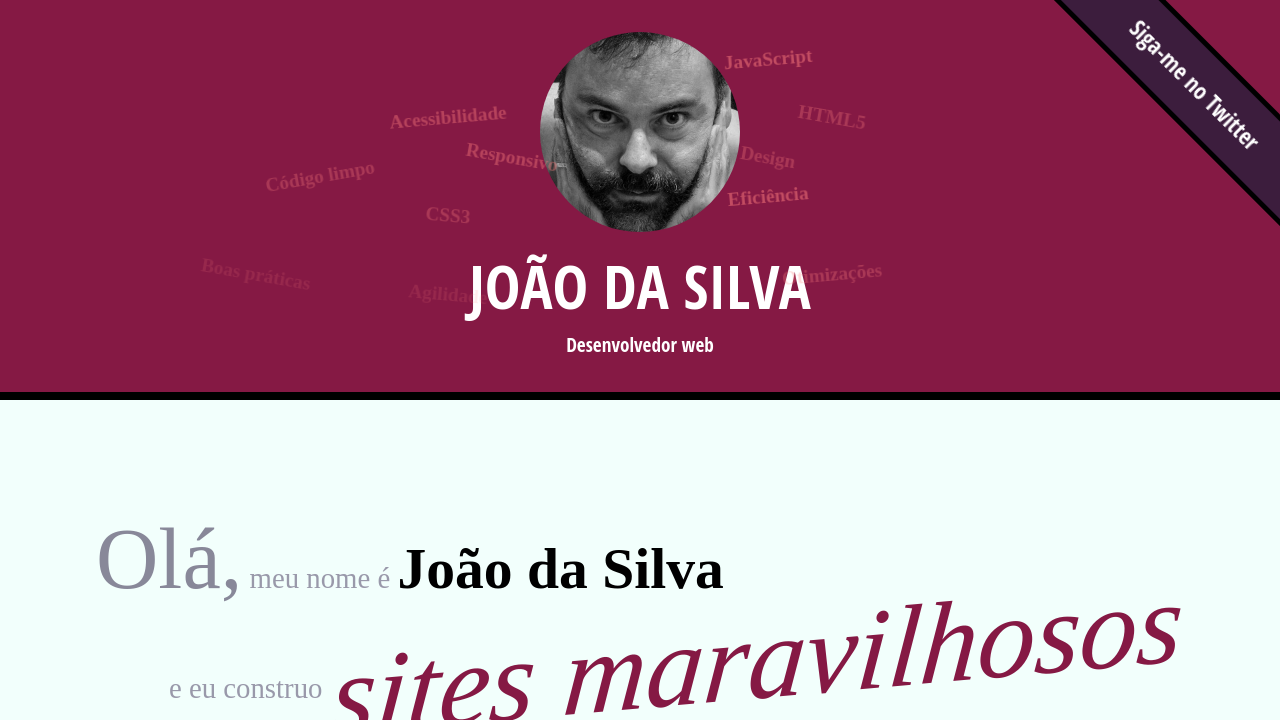
Repository: MichelMiola/html5Css3Avancado
Page: projeto/index.html
The author's editor kept a copy of each file at every save. The page is drawn from the files as they stood at one save, then again after the next save.
The browser window is 1280 px wide. The pictures show the whole page.
An inner scrolling area shows only its first screen. Some web fonts or font styles are not loaded; a fallback is used.

Above is the page before, as saved 2015-03-25 16:29:25.

### projeto/index.html
<!DOCTYPE html>
<html lang="pt">
<head>
    <meta charset="UTF-8">
    <title>João da Silva - Desenvolvedor Web</title>
    <link rel="shortcut icon" href="imagens/favicon.png">
    <link rel="stylesheet" href="css/reset.css">
    <link rel="stylesheet" href="css/site.css">
    <link rel="stylesheet" href="css/index.css">
    <link rel="stylesheet" href="http://fonts.googleapis.com/css?family=Crimson+Text:400,400italic,600">
    <link rel="stylesheet" href="http://fonts.googleapis.com/css?family=Open+Sans+Condensed:700">
    <link rel="stylesheet" href="http://fonts.googleapis.com/css?family=Shadows+Into+Light">
    <link rel="stylesheet" href="http://fonts.googleapis.com/css?family=Shadows+Into+Light">
</head>
<body>
    <header class="titulo-principal">
        <img class="foto-home" src="imagens/eu.jpg" alt="Foto de João da Silva">
        <h1>João da Silva</h1>
        <p class="subtitulo-principal">Desenvolvedor web</p>
        <ul>

		    <li class="palavra-home eficiencia">Eficiência</li>
		    <li class="palavra-home boas-praticas">Boas práticas</li>
		    <li class="palavra-home codigo-limpo">Código limpo</li>
		    <li class="palavra-home css3">CSS3</li>
		    <li class="palavra-home html5">HTML5</li>
		    <li class="palavra-home javascript">JavaScript</li>
		    <li class="palavra-home acessibilidade">Acessibilidade</li>
		    <li class="palavra-home responsivo">Responsivo</li>
		    <li class="palavra-home otimizacoes">Otimizações</li>
		    <li class="palavra-home agilidade">Agilidade</li>
		    <li class="palavra-home design">Design</li>

		</ul>
		<a class="banner-twitter" href="http://twitter.com/joaodasilva">Siga-me no Twitter</a>
    </header>
    <main>
        <section class="secao-inicio saudacao">
            <p class="saudacao"><span class="saudacao-inicio">Olá,</span> meu nome é <strong>João da Silva</strong> <span class="saudacao-ultima-linha">e eu construo <em>sites maravilhosos</em></span></p>
            <a class="botao-index" href="bio.html">Conheça mais um pouco sobre mim</a>
        </section>
        <section class="secao-inicio trabalhos">
            <h2>Trabalhos</h2>
            <ul>
                <li><img src="imagens/bmw.png" alt="Site da BMW"></li>
                <li><img src="imagens/ibm.png" alt="Site da IBM"></li>
                <li><img src="imagens/uol.png" alt="Site da UOL"></li>
            </ul>
            <a class="botao-index" href="portfolio.html">Veja mais</a>
        </section>
          <section class="secao-inicio blog">
            <h2>Blog</h2>
            <small>Últimos posts</small>
            <ol>
                <li class="mais-recente">
                    <a href="blog.html">O essencial de design responsivo</a>
                    <p class="inicio-post">
                        Design responsivo tem ganho cada vez mais atenção como técnica de desenvolvimento de páginas web para dispositivos móveis. Mas como começar?
                    </p>
                </li>
                <li>
                    <a href="blog.html">Por que fazer páginas acessíveis?</a>
                    <p class="inicio-post">
                        Tem se falado cada vez sobre acessibilidade na web. Há diversas técnicas e diretivas a serem seguidas, inclusive da própria W3C. Mas vale a pena investir nisso?
                    </p>
                </li>
                <li>
                    <a href="blog.html">JavaScript não obstrusivo</a>
                    <p class="inicio-post">
                        JavaScript é uma linguagem essencial hoje em dia para criar páginas ricas, interativas e dinâmicas. Porém, há alguns cuidados que devem ser tomados ao colocarmos código JavaScript em nossas páginas.
                    </p>
                </li>
            </ol>
            <a class="botao-index" href="blog.html">Veja mais</a>
        </section>
    </main>
    <footer>
        <h2>Vamos conversar?</h2>
        <p>Você pode entrar em contato comigo <a href="contato.html">por e-mail</a> ou pelo telefone <a href="tel:+551234567890">(12) 3456-7890</a></p>
    </footer>
</body>
</html>

### projeto/css/site.css
body {
	font-family: "Crimson Text", "Times New Roman", serif;
	background-color: #F2FFFC;
	font-size: 120%;
	line-height: 1.5;
	display: flex;
  	flex-wrap: wrap;
  	display: block;
}

h1, h2, .subtitulo-principal {
	font-family: "Open Sans Condensed", "Arial", sans-serif;
}

h1 {
	text-transform: uppercase;
	font-size: 60px;
}

.titulo-principal {
	text-align: center;
	background-color: #851944;
	color: #FFF;
	padding: 2rem;
	border-bottom: .5rem solid #000;
}

.subtitulo-texto {
	font-size: 30px;
	clear: both;
}

main a {
	color: #851944;
}

main p {
	text-align: justify;
	margin: 20px 0;
}

.navegacao-site {
	text-align: center;
	background-color: #3C1D3D;
	color: #F2FFFC;
	padding: 20px;
	padding-top: calc(300px + 1em);
}

.navegacao-site a {
	color: inherit;
	font-family: "Open Sans Condensed", "Arial", sans-serif;
	text-transform: lowercase;
}

.navegacao-site h1 {
	font-size: 30px;
	margin-bottom: 25px;
}

.rodape-pagina {
	/* background-color: #000; */
	color: #F2FFFC;
	padding: 20px;
	clear: both;
	position: fixed;
	bottom: 0;
	left: 0;
	width: 100%;
	box-sizing: border-box;
	/* background-color: rgba(0, 0, 0, 0.3); */
	background-image: radial-gradient(ellipse at left bottom, rgba(60, 29, 61, 0.8),
		rgba(60, 29, 61, 0.8) 65%, black 65%, black 70%, transparent 70%,
		transparent);
	background-size: 25% 100%;
	background-repeat: no-repeat;
}

.container {
	width: 720px;
	margin-left: auto;
	margin-right: auto;
	padding: 30px 0;
}

strong {
	font-weight: bold;
}

em {
	font-style: italic;
}

.icones-redes-sociais li {
	display: inline-block;
}

.icones-redes-sociais a {
	width: 40px;
	height: 40px;
	display: block;
	text-indent: -99999px;
}

.github {
	background-image: url(../imagens/github.png);
}

.twitter {
	background-image: url(../imagens/twitter.png);
}

.linkedin {
	background-image: url(../imagens/linkedin.png);
}

main {
	/* width: 80%; */
	/* float: left; */
	padding-bottom: 80px;
	width: calc(100% - 0.9 * 300px);
	flex-grow: 1;
}

.minha-foto, .navegacao-site {
	border-left: 10px solid black;
	border-bottom: 10px solid black;
	box-sizing: border-box;
}

.navegacao-site {
	width: 20%;
	float: right;
	position: relative;
	top: 300px;
	width: calc(0.9 * 300px);
}

.minha-foto {
	position: absolute;
	top: 0;
	right: 0;
	height: 300px;
}

.leia-mais {
	padding: .5em;
	margin: 1em;
	display: block;
	font-size: 1.25em;
	text-align: center;
	background-color: #E6E7E8;
}

.citacao-bio {
	background-color: #D9E5E3;
	border: .5em solid #C2CCCA;
	padding: 1em;
	margin: 1em 2em;
	width: 30ch;
	box-sizing: border-box;
}

main a:hover,
main a:focus,
footer a:hover,
footer a:focus {
  color: red;
}

.navegacao-site a:hover,
.navegacao-site a:focus {
  text-shadow: 0 0 2px pink;
}

.icones-redes-sociais a:hover::after,
.icones-redes-sociais a:focus::after {
  content: attr(data-tooltip);
}

.icones-redes-sociais a {
  position: relative;
}
.icones-redes-sociais a:hover::after,
.icones-redes-sociais a:focus::after {
  content: attr(data-tooltip);
  position: absolute;
  top: 100%;
  right: 0;
  text-indent: 0;
}

.icones-redes-sociais a {
  position: relative;
}
.icones-redes-sociais a:hover::after,
.icones-redes-sociais a:focus::after {
  content: attr(data-tooltip);
  position: absolute;
  top: 100%;
  right: 0;
  text-indent: 0;
  width: 300%;
}

.icones-redes-sociais a {
  position: relative;
}

.icones-redes-sociais a:hover::before,
.icones-redes-sociais a:focus::before {
  content: '';
}

.icones-redes-sociais a:hover::before,
.icones-redes-sociais a:focus::before {
  content: '';
  width: 1em;
  height: 1em;
  background-color: black;
}

.icones-redes-sociais a:hover::before,
.icones-redes-sociais a:focus::before {
  content: '';
  width: 1em;
  height: 1em;
  background-color: black;
  position: absolute;
  bottom: 0;
  left: 0;
}

.icones-redes-sociais a:hover::before,
.icones-redes-sociais a:focus::before {
    content: '';
    width: 1em;
    height: 1em;
    background-color: black;
    position: absolute;
    bottom: 0;
    left: 0;
    transform: translateY(.5em) rotate(45deg);
}

.icones-redes-sociais a:hover::after,
.icones-redes-sociais a:focus::after {
  content: attr(data-tooltip);
  position: absolute;
  top: 100%;
  right: 0;
  text-indent: 0;
  width: 300%;
  background: black;
  font-size: .75em;
}

### projeto/css/index.css
.foto-home {
	height: 200px;
	border-radius: 50%;
}

.saudacao p {
	font-size: 1.5em;
	color: #99A;
	line-height: 1;
	padding: 2em;
}

.saudacao-inicio {
	font-size: 3em;
	color: #889;
}

.saudacao-ultima-linha {
	text-align: right;
	display: block;
}

.saudacao strong {
	font-size: 2em;
	color: #000;
}

.saudacao em {
	color: #851944;
	font-size: 4em;
	-webkit-transform: rotate(-5deg) skew(-10deg);
	transform: rotate(-5deg) skew(-10deg);
	display: inline-block;
	-webkit-animation: flutua 1s infinite;
	-webkit-animation-direction: alternate;
	-webkit-animation-timing-function: ease-in-out;
	position: relative;
}

.botao-index {
	font-size: 1.25em;
	background-color: #851944;
	color: #FFF;
	padding: .5em;
	border: .2em solid black;
	width: 40ch;
	margin: 2em auto;
	display: block;
	text-align: center;
}

.botao-index:focus, .botao-index:hover {
	background-color: #C54974;
	color: white;
	box-shadow: 0 0 1em #FA9;
}

.botao-index {
	text-decoration: none;
	transition: .5s;
}

.secao-inicio {
	padding: 2em;
}

.secao-inicio h2 {
	font-size: 3em;
	text-transform: uppercase;
	margin-bottom: .5em;
	text-shadow: 2px 2px #000;
}

.trabalhos {
	background-color: #3C1D3D;
	border-top: .5em solid #000;
	border-bottom: .5em solid #000;
	background-image: linear-gradient(135deg, transparent, transparent 14px, rgba(0, 0, 0, .1)
		14px, rgba(0, 0, 0, .1) 15px, transparent 15px, transparent);
	background-size: 20px 20px;
	background-attachment: fixed;
}

.trabalhos h2 {
	color: #FFF;
}

.trabalhos ul {
	overflow: hidden;
	border: .5em solid black;
}

.trabalhos li {
	float: left;
	width: 33.333%;
}

.trabalhos img {
	width: 100%;
	display: block;
}

.blog {
	background-color: #999;
	position: relative;
	background-image: linear-gradient(45deg, transparent, transparent 14px, rgba(255, 255, 255
		, .1) 14px, rgba(255, 255, 255, .1) 15px, transparent 15px,
		transparent);
	background-size: 20px 20px;
	background-attachment: fixed;
	color: #FFF;
	border-bottom: .5em solid #851944;
}

.blog small {
	position: relative;
	top: -2em;
}

.blog li {
	width: 30%;
}

.blog li a {
	color: #FCF;
	padding: .5em;
	display: block;
}

footer {
	background-color: #000;
	color: #FFF;
	padding: 2em;
}

footer h2 {
	font-size: 3em;
}

footer a {
	color: #F99;
}

main {
	width: 100%;
	padding-bottom: 0;
	float: none;
}

html, body {
	overflow-x: hidden;
	height: 100%;
}

body {
	-webkit-perspective: 6px;
	perspective: 6px;
	-webkit-perspective-origin: 50% 160px;
	perspective-origin: 50% 160px;
}

.palavras-home {
	-webkit-transform-style: preserve-3d;
	transform-style: preserve-3d;
	position: absolute;
	bottom: 0;
	right: 0;
	top: 0;
	left: 0;
}

.palavra-home {
	font-family: "Shadows Into Light", cursive;
	font-weight: bold;
	font-size: 400%;
	color: rgba(255, 127, 127, .5);
	position: absolute;
	-webkit-animation: aparece 2s;
	animation: aparece 2s;
}

@
-webkit-keyframes aparece {
	/* podemos usar a palavra-chave "from" também no lugar de 0% */ 0% {
	opacity: 0;
	transform: scale(0.001);
}

}
.eficiencia {
	top: 50%;
	left: 60%;
	-webkit-transform: translate(-50%, -50%) translateZ(4px) rotate(-5deg)
		scale(.25);
	transform: translate(-50%, -50%) translateZ(4px) rotate(-5deg)
		scale(.25);
}

.boas-praticas {
	top: 70%;
	left: 20%;
	-webkit-transform: translate(-50%, -50%) translateZ(1px) rotate(10deg)
		scale(.25);
	transform: translate(-50%, -50%) translateZ(1px) rotate(10deg)
		scale(.25);
	opacity: .3;
}

.codigo-limpo {
	top: 45%;
	left: 25%;
	-webkit-transform: translate(-50%, -50%) translateZ(2px) rotate(-10deg)
		scale(.25);
	transform: translate(-50%, -50%) translateZ(2px) rotate(-10deg)
		scale(.25);
	opacity: .6;
}

.css3 {
	top: 55%;
	left: 35%;
	-webkit-transform: translate(-50%, -50%) translateZ(2px) rotate(5deg)
		scale(.25);
	transform: translate(-50%, -50%) translateZ(2px) rotate(5deg) scale(.25);
	opacity: .6;
}

.html5 {
	top: 30%;
	left: 65%;
	-webkit-transform: translate(-50%, -50%) translateZ(2px) rotate(10deg)
		scale(.25);
	transform: translate(-50%, -50%) translateZ(2px) rotate(10deg)
		scale(.25);
	opacity: .6;
}

.javascript {
	top: 15%;
	left: 60%;
	-webkit-transform: translate(-50%, -50%) translateZ(1px) rotate(-5deg)
		scale(.25);
	transform: translate(-50%, -50%) translateZ(1px) rotate(-5deg)
		scale(.25);
}

.acessibilidade {
	top: 30%;
	left: 35%;
	-webkit-transform: translate(-50%, -50%) translateZ(3px) rotate(-5deg)
		scale(.25);
	transform: translate(-50%, -50%) translateZ(3px) rotate(-5deg)
		scale(.25);
	opacity: .8;
}

.responsivo {
	top: 40%;
	left: 40%;
	-webkit-transform: translate(-50%, -50%) translateZ(3px) rotate(10deg)
		scale(.25);
	transform: translate(-50%, -50%) translateZ(3px) rotate(10deg)
		scale(.25);
	opacity: .8;
}

.otimizacoes {
	top: 70%;
	left: 65%;
	-webkit-transform: translate(-50%, -50%) translateZ(2px) rotate(-5deg)
		scale(.25);
	transform: translate(-50%, -50%) translateZ(2px) rotate(-5deg)
		scale(.25);
	opacity: .6;
}

.agilidade {
	top: 75%;
	left: 35%;
	-webkit-transform: translate(-50%, -50%) translateZ(1px) rotate(5deg)
		scale(.25);
	transform: translate(-50%, -50%) translateZ(1px) rotate(5deg) scale(.25);
	opacity: .3;
}

.design {
	top: 40%;
	left: 60%;
	-webkit-transform: translate(-50%, -50%) translateZ(2px) rotate(10deg)
		scale(.25);
	transform: translate(calc(.707 * ( 3.5em - 100%)+ 100%),
		calc(-.707 * 3.5em)) rotate(45deg);
	opacity: .6;
}

.titulo-principal {
	-webkit-transform-style: preserve-3d;
	transform-style: preserve-3d;
	position: relative;
}

.banner-twitter {
	position: absolute;
	top: 0;
	right: 0;
	line-height: 1;
	/* largura = 14em */
	/* altura = 3.5em */
	/* tx = .707 * h - .707 * w + w */
	/* ty = -.707 * h */
	-webkit-transform: translate(6.5765em, -2.4745em) rotate(45deg);
	transform: translate(6.5765em, -2.4745em) rotate(45deg);
	-webkit-transform-origin: 0 0;
	transform-origin: 0 0;
	width: 14em;
	padding: 1em 0;
	box-sizing: border-box;
	text-align: center;
	text-decoration: none;
	background-color: #3C1D3D;
	color: white;
	border: .25em solid black;
	font-size: 1.2em;
	font-family: "Open Sans Condensed", sans-serif;
	-webkit-animation: aparece 0.5s;
	-webkit-animation-delay: 2s;
	-webkit-animation-fill-mode: both;
}

.blog .inicio-post {
	position: absolute;
	top: 4em;
	height: 8em;
	left: 30%;
	right: 4em;
	background-color: #F2FFFC;
	color: #000;
	padding: 1.5em;
	display: none;
}

.blog a:hover+.inicio-post, .blog a:focus+.inicio-post {
	display: block;
}

.blog a:hover, .blog a:focus {
	background-color: #F2FFFC;
	color: #F26;
}

Loaded but not shown: projeto/css/reset.css (common file)

After the next save:
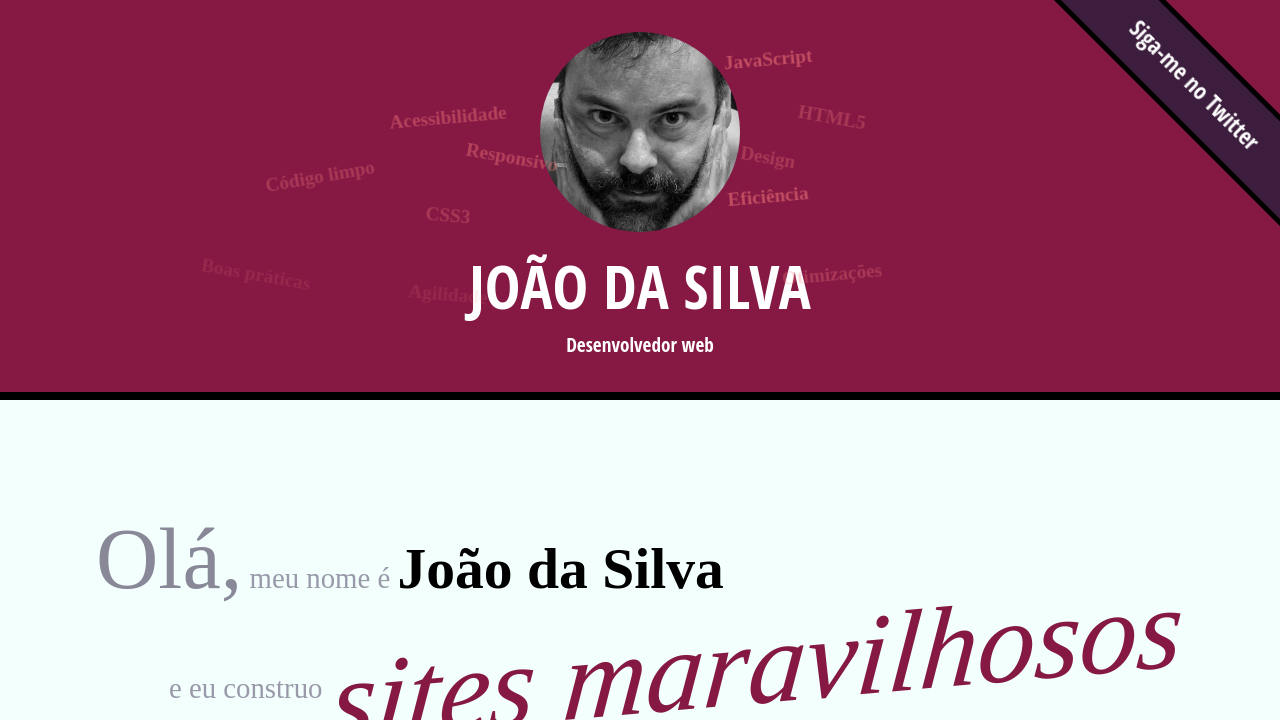
Saved 13 s later.
--- a/projeto/css/index.css
+++ b/projeto/css/index.css
@@ -35,6 +35,15 @@
 	-webkit-animation-direction: alternate;
 	-webkit-animation-timing-function: ease-in-out;
 	position: relative;
+}
+
+@keyframes flutua {
+  from {
+    top: -5px;
+  }
+  to {
+    top: 5px;
+  }
 }
 
 .botao-index {

After the 2 saves that followed:
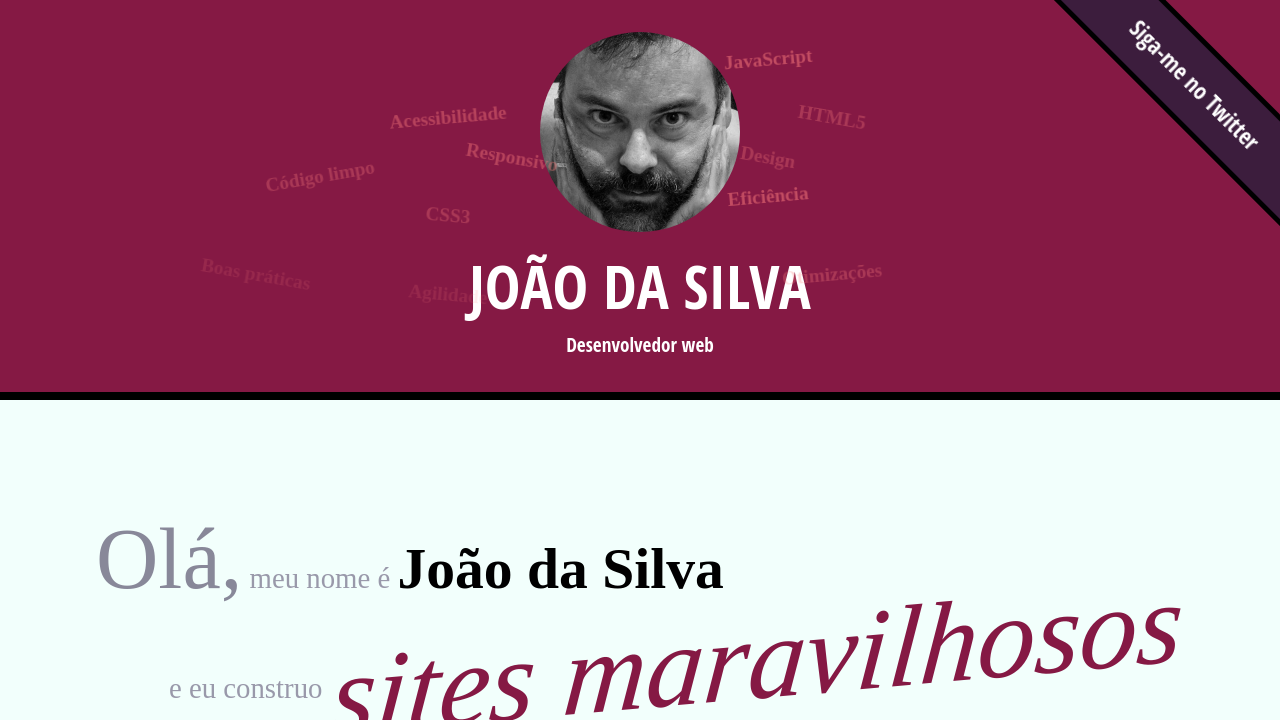
The 2 saves are shown as one change because 1 left the picture as it was.
The last was saved 39 s later.
--- a/projeto/css/index.css
+++ b/projeto/css/index.css
@@ -37,14 +37,7 @@
 	position: relative;
 }
 
-@keyframes flutua {
-  from {
-    top: -5px;
-  }
-  to {
-    top: 5px;
-  }
-}
+
 
 .botao-index {
 	font-size: 1.25em;
